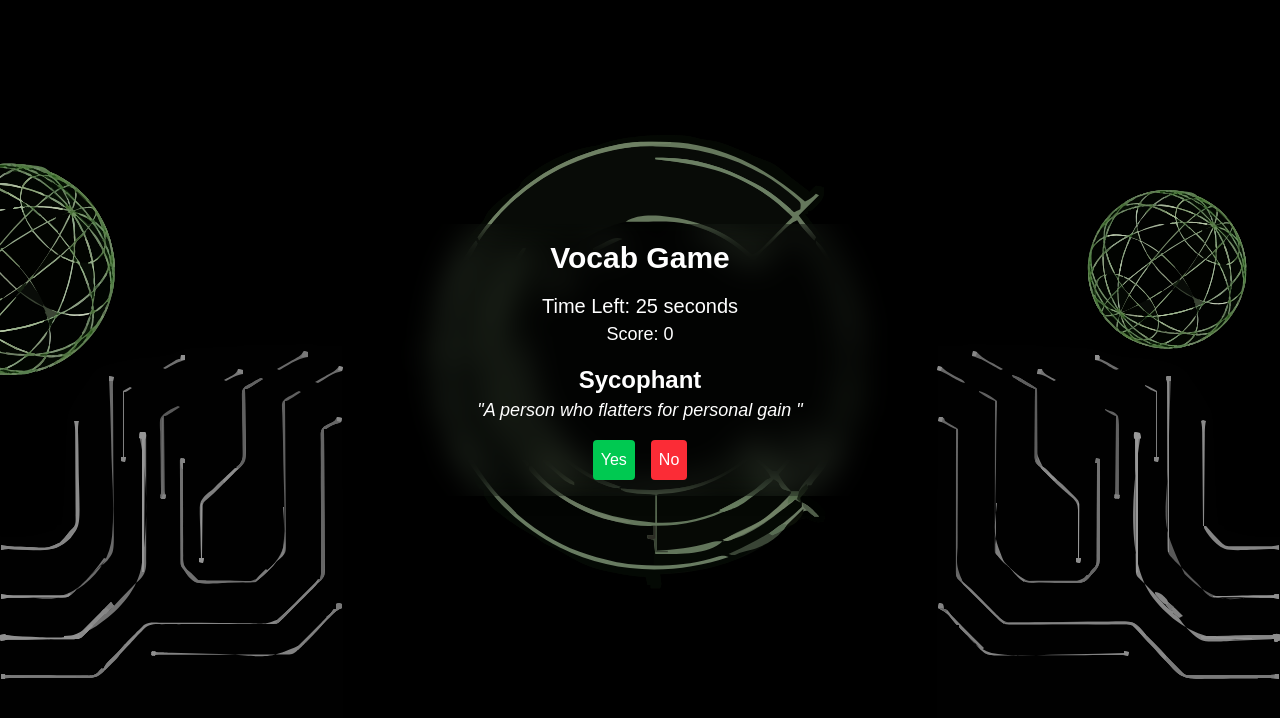
Repository: oxniw/bio-vocab
Page: /game
These files come from the project's save history. The page is drawn as it stood at one moment and after a run of saves; the edit follows.
The browser window is 1280 px wide. The pictures show the whole page.
The project was rebuilt for these pictures with package versions that can differ from the ones it lists, and the page was loaded fresh each time. The framework's server and built-in components were replaced by stand-ins that run in the browser. Also part of the build but not shown: next.config.ts.

Above is the page before, as saved 2025-04-03 22:52:46.

After the next 2 saves:
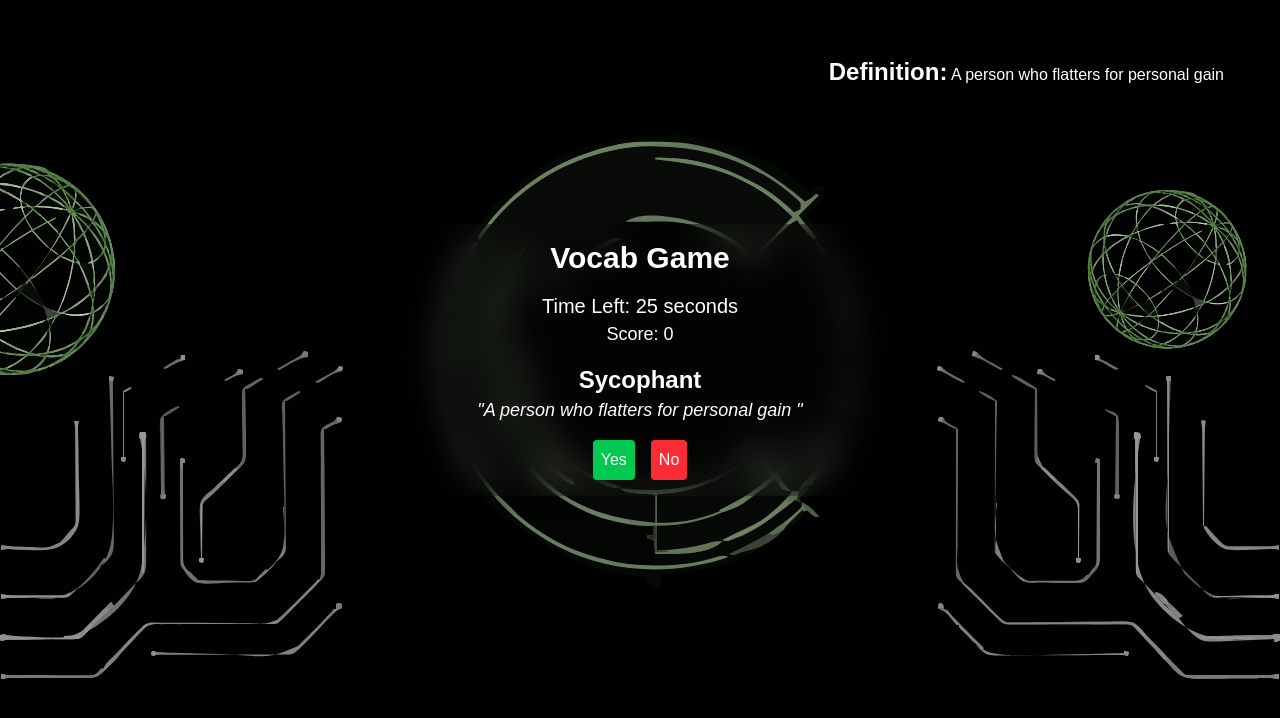
The 2 saves are shown as one change because they came seconds apart.
The last was saved 9 s later.
--- a/src/app/game/page.jsx
+++ b/src/app/game/page.jsx
@@ -100,7 +100,9 @@
       />
       <div className='w-full h-screen  flex items-center absolute text-white justify-center overflow-hidden '>
       <div className="absolute top-14 right-14">
-        <p></p>
+        <p>
+          <span className="font-bold text-2xl">Definition:</span> {currentDef}
+        </p>
       </div>
         <div className="flex-col flex items-center w-full p-4  max-w-xl rounded-2xl shadow-lg bg-gradient-to-r bg-opacity-10 backdrop-blur-lg ">
         <h1 className="text-3xl font-bold mb-4 transition duration-300 hover:filter hover:drop-shadow-[0_0_36px_rgb(255,255,255)]">Vocab Game</h1>
